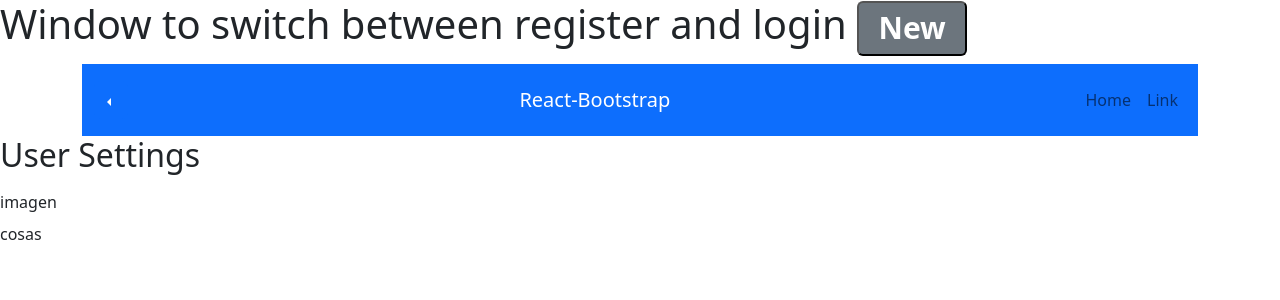
Repository: christenis98/RealWorldApp
Page: / (app in bank-frontend/)
These files come from the project's save history. The page is drawn as it stood at one moment and after the next save; the edit follows.
The browser window is 1280 px wide. The pictures show the whole page.
The project was rebuilt for these pictures with package versions that can differ from the ones it lists, and the page was loaded fresh each time. Also part of the build but not shown: bank-frontend/src/App.css.

Above is the page before, as saved 2022-11-24 11:50:42.

### bank-frontend/src/App.js
import logo from './logo.svg';
import './App.css';
import Badge from 'react-bootstrap/Badge'
import DropStartComponent from './js/DropStartComponent';
import UserSettings from './js/UserSettings';


function App() {
  return (
    <div>
    <h1>
      Window to switch between register and login{' '}
      <Badge bg="secondary" as="Button">
        New
      </Badge>
    </h1>
    <DropStartComponent/>
    <UserSettings/>
  </div>
  );
}

export default App;

### bank-frontend/src/js/DropStartComponent.js
import Dropdown from "react-bootstrap/Dropdown";
import DropdownButton from "react-bootstrap/DropdownButton";
import Nav from "react-bootstrap/Nav";
import Navbar from "react-bootstrap/Navbar";
import NavDropdown from "react-bootstrap/NavDropdown";
import Container from "react-bootstrap/Container";

const DropStartComponent = () => {
  return (
    <Container>
      <Navbar bg="primary" variant="dark" expand="lg">
        <Container>
          <DropdownButton
            key={"start"}
            id={`dropdown-button-drop-${"start"}`}
            drop={"start"}
            variant="primary"
          >
            <Dropdown.Item eventKey="1">Action</Dropdown.Item>
            <Dropdown.Item eventKey="2">Another action</Dropdown.Item>
            <Dropdown.Item eventKey="3">Something else here</Dropdown.Item>
            <Dropdown.Divider />
            <Dropdown.Item eventKey="4">Separated link</Dropdown.Item>
          </DropdownButton>
          <Navbar.Brand href="#home">React-Bootstrap</Navbar.Brand>
          <Navbar.Toggle aria-controls="basic-navbar-nav" />
          <Navbar id="basic-navbar-nav">
            <Nav className="me-auto">
              <Nav.Link href="#home">Home</Nav.Link>
              <Nav.Link href="#link">Link</Nav.Link>
            </Nav>
          </Navbar>
        </Container>
      </Navbar>
    </Container>
  );
};

export default DropStartComponent;

### bank-frontend/src/js/UserSettings.jsx
import React from 'react'

function UserSettings() {
  return (
    <div className='d-grid gap-2'>
        <h2>User Settings</h2>
        <div style={{width: "50%"}}>
            imagen
        </div>
        <div style={{width:"50%"}}>
            cosas
        </div>
    </div>
  )
}


export default UserSettings;

Loaded but not shown: bank-frontend/public/index.html (common file); bank-frontend/src/index.js (common file); bank-frontend/src/index.css (common file); bank-frontend/src/reportWebVitals.js (common file)

After the next save:
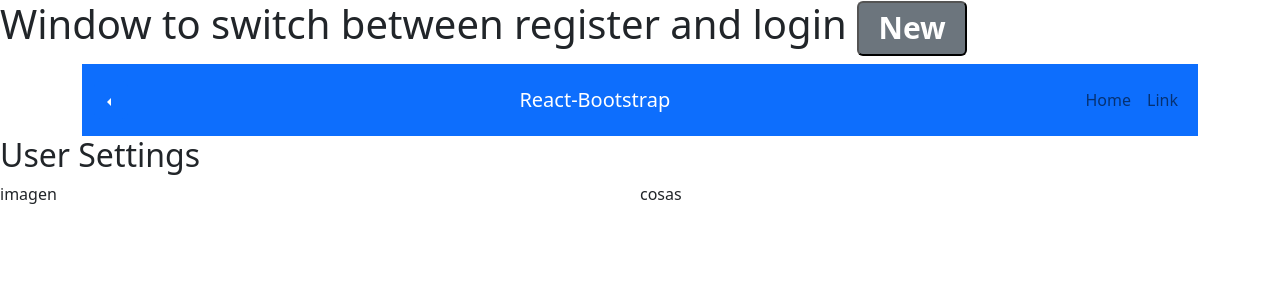
Saved 11 min 42 s later.
--- a/bank-frontend/src/js/UserSettings.jsx
+++ b/bank-frontend/src/js/UserSettings.jsx
@@ -2,14 +2,17 @@ import React from 'react'
 
 function UserSettings() {
   return (
-    <div className='d-grid gap-2'>
+    <div class="d-flex flex-column bd-highlight mb-3">
         <h2>User Settings</h2>
-        <div style={{width: "50%"}}>
+        <div class="d-flex flex-row bd-highlight mb-3">
+            <div style={{width: "50%"}}>
             imagen
         </div>
         <div style={{width:"50%"}}>
             cosas
         </div>
+        </div>
+
     </div>
   )
 }
